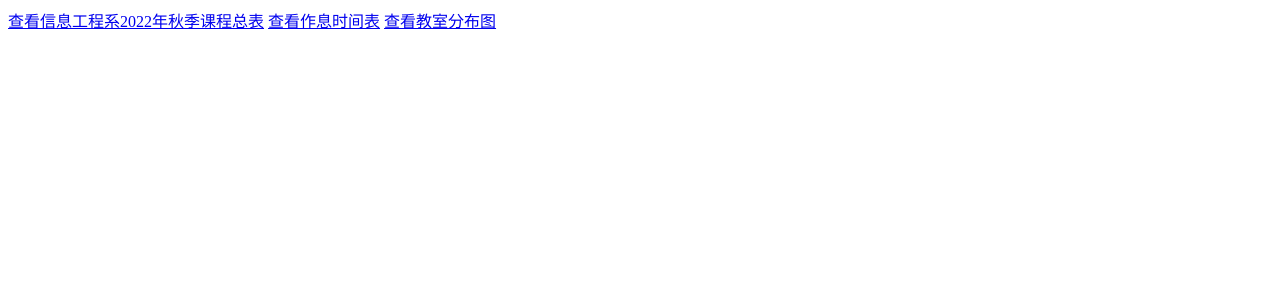
Repository: teacherlonglong/teacherlonglong.github.io
Page: index.html
The author's editor kept a copy of each file at every save. The page is drawn from the files as they stood at one save, then again after the next save.
The browser window is 1280 px wide. The pictures show the whole page.

Above is the page before, as saved 2022-09-13 17:01:17.

### index.html
<html>

<head>
    <title>欢迎</title>
</head>

<body>
    <a class="mylink" href="./信息工程系2022年秋季课程总表.htm">查看信息工程系2022年秋季课程总表</a>
    <a class="mylink" href="./作息时间表.htm">查看作息时间表</a>
    <a class="mylink" href="./教室分布图.htm">查看教室分布图</a>
</body>

</html>

After the next save:
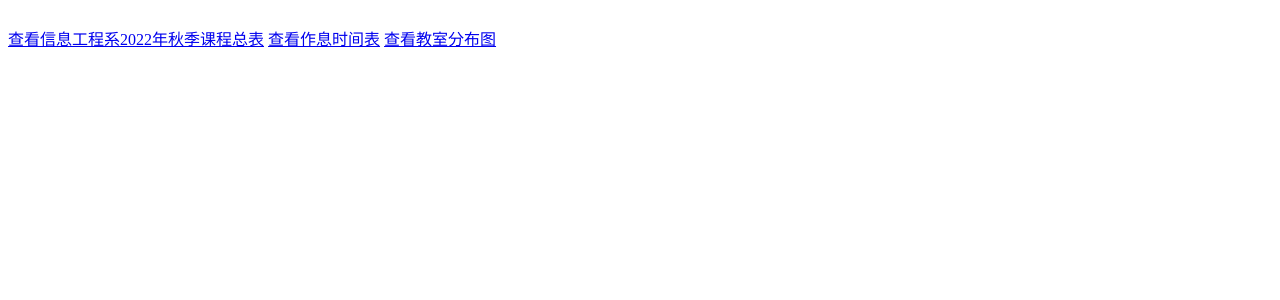
Saved 21 s later.
--- a/index.html
+++ b/index.html
@@ -2,6 +2,11 @@
 
 <head>
     <title>欢迎</title>
+    <style>
+        .mylink{
+            line-height: 64px;
+        }
+    </style>
 </head>
 
 <body>
